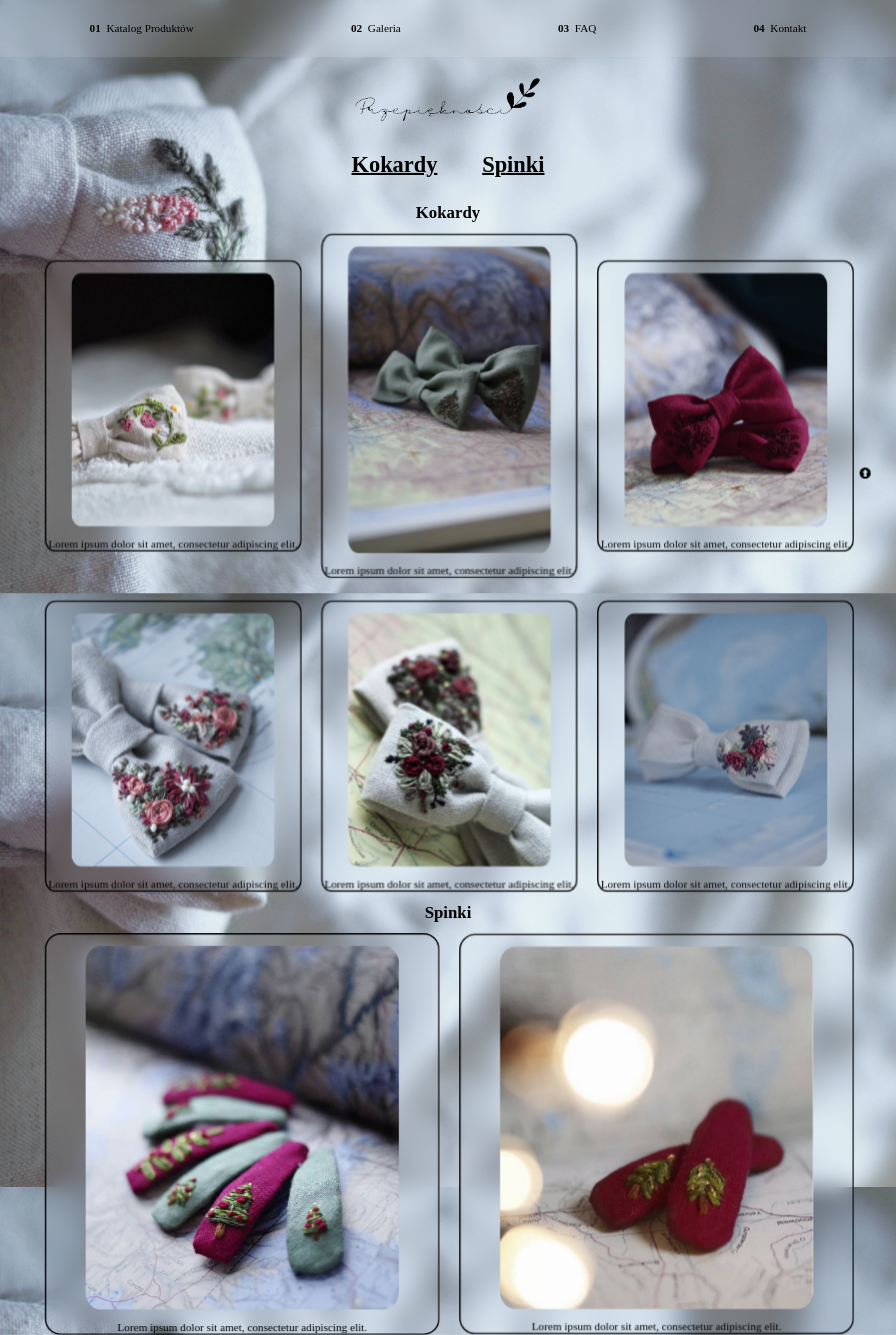
Repository: kowalkos/Rak_projekt
Page: /produkty
An editor plug-in stored every save of this project. The page is shown before and after the next save, followed by the edit.
The browser window is 1280 px wide. The pictures show the whole page, at 70% of full size.
Backgrounds fixed to the window are drawn as part of the page. The project was rebuilt for these pictures with package versions that can differ from the ones it lists, and the page was loaded fresh each time. Also part of the build but not shown: src/components/galeria/Galeria.js, src/components/main/Main.js, src/components/FAQ/Faq.js, src/components/about/About.js.

Above is the page before, as saved 2022-01-16 18:40:59.

### src/index.css
body {
  margin: 0;
  background-image: url('/src/img/tlo.jpg');
  background-attachment: fixed;
  background-repeat: no-repeat;
  background-size: cover;
  overflow-x: hidden;
  color: black;

  min-width: 325px;
}

### src/App.js
import Produkt from './components/produkty/produkt';
import Galeria from './components/galeria/Galeria';
import Main from './components/main/Main';
import Faq from './components/FAQ/Faq';
import About from './components/about/About';
import Footer from './components/footer/footer';
import './App.css';
import NavBar from './components/navbar/NavBar';
import {BrowserRouter as Router, Route, Routes} from 'react-router-dom';
function App() {

  return (
    <Router>
    <div className="App">
     <NavBar/>
     <Routes>
     <Route path="/" element={<Main/>}/>
     <Route path="/Faq"element={<Faq/>}/>
     <Route path="/produkty" element={<Produkt/>}/>
     <Route path="/galeria"element={<Galeria/>}/>
     <Route path="/about"element={<About/>}/>
     </Routes>
     <Footer/>
    </div>
    </Router>
  );
}

export default App;

### src/components/produkty/produkt.js
import './Produkt.css';
import kokarda1 from '../../img/kokarda1.jpg';
import kokarda2 from '../../img/kokarda2.jpg';
import kokarda3 from '../../img/kokarda3.jpg';
import kokarda4 from '../../img/kokarda4.jpg';
import kokarda5 from '../../img/kokarda5.jpg';
import kokarda6 from '../../img/kokarda6.jpg';
import spinka1 from '../../img/spinka1.png';
import spinka2 from '../../img/spinka2.png';
function Produkt(props) {


    return <div className='wrapper'>
        <div className='references'>
            <a href='#kokardy'>
                <h1 >Kokardy</h1>
            </a>
            <a href='#spinki'>
                <h1 >Spinki</h1>
            </a>
        </div>

        <section id='kokardy'>

            <h2>Kokardy</h2>
            <div className='container'>

                <div className='items'>
                    <img src={kokarda1} />
                    Lorem ipsum dolor sit amet, consectetur adipiscing elit.
                </div>
                <div className='items'>
                    <img src={kokarda2} />
                    Lorem ipsum dolor sit amet, consectetur adipiscing elit.
                </div>
                <div className='items'>
                    <img src={kokarda3} />
                    Lorem ipsum dolor sit amet, consectetur adipiscing elit.
                </div>
                <div className='items'>
                    <img src={kokarda4} />
                    Lorem ipsum dolor sit amet, consectetur adipiscing elit.
                </div>
                <div className='items'>
                    <img src={kokarda5} />
                    Lorem ipsum dolor sit amet, consectetur adipiscing elit.
                </div>
                <div className='items'>
                    <img src={kokarda6} />
                    Lorem ipsum dolor sit amet, consectetur adipiscing elit.
                </div>
            </div>
        </section>

        <section id='spinki'>
            <h2>Spinki</h2>
            <div className='container2'>

                <div className='items'>
                    <img src={spinka1} />
                    Lorem ipsum dolor sit amet, consectetur adipiscing elit.
                </div>
                <div className='items'>
                    <img src={spinka2} />
                    Lorem ipsum dolor sit amet, consectetur adipiscing elit.
                </div>
            </div>
        </section>
    </div>;

}

export default Produkt;

### src/components/footer/footer.js
import './footer.css';
function Footer(props)
{
    return <div >

            <a href='#top'>
                <button className='upArrow'></button>
            </a>


    </div>;
}
export default Footer;

### src/App.css
.App {
  text-align: center;
  /* background-image: url('/src/img/kosmos.jpg'); */

}

### src/components/navbar/NavBar.js

import { Link } from 'react-router-dom';
import logo from '../../img/logoso.png';
import './NavBar.css';
function NavBar(props) {


    function toggle() {
        const primaryNav = document.querySelector('.primary-navigation');
        const navToggle = document.querySelector('.mobile-nav-toggle');
        console.log(primaryNav);
        console.log(navToggle);

        const visibility = primaryNav.getAttribute('data-visible');
        if (visibility === "false") {
            primaryNav.setAttribute('data-visible', true);
            navToggle.setAttribute('aria-expanded', true);
        }
        else if (visibility === "true") {
            primaryNav.setAttribute('data-visible', false);
            navToggle.setAttribute('aria-expanded', false);
        }
        console.log(visibility);
    }
    return <header className='primary-header'>
        <button className='mobile-nav-toggle'
            aria-controls='primary-navigation'
            onClick={toggle} >
            <span className='sr-only'></span>
        </button>

        <nav>
            <ul id='primary-navigation' aria-expanded="false" data-visible="false" className='primary-navigation flex'>
                {/* <li>
                    <Link to='/' >
                        <span aria-hidden="true">00</span>
                        Strona główna
                    </Link>
                </li> */}
                <li>
                    <Link to='/produkty' >
                        <span aria-hidden="true">01</span>
                        Katalog Produktów
                    </Link>
                </li>
                <li>
                    <Link to='/galeria' >
                        <span aria-hidden="true">02</span>
                        Galeria
                    </Link>
                </li>
                <li>
                    <Link to='/Faq' >
                        <span aria-hidden="true">03</span>
                        FAQ
                    </Link>
                </li>
                <li>
                    <Link to='/about' >
                        <span aria-hidden="true">04</span>
                        Kontakt
                    </Link>
                </li>
            </ul>
        </nav>
        <div className='logo'>
        <Link to='/' >
            <img  src={logo} alt='Logo'></img>
            </Link>
        </div>

    </header>;

    // return <div className='main-nav-bar' >
    //     <div className='nav-bar__roll-down' onhover={onHoverHandle} >
    //         Katalog Produktów
    //         <div id='nav-bar__inside'>
    //             Kokardy
    //         </div>
    //         <div id='nav-bar__inside'>
    //             Kokardy
    //         </div>
    //         <div id='nav-bar__inside'>
    //             Kokardy
    //         </div>
    //         <div id='nav-bar__inside'>
    //             Kokardy
    //         </div>height:"20px";width
    //     </div >
    //     <div className='nav-bar'>
    //         O mnie
    //     </div>
    //     <div className='nav-bar'>
    //         FAQ
    //     </div>
    //     <div className='nav-bar'>
    //         Kontakt
    //     </div>

    // </div>;
}

export default NavBar;

### src/components/produkty/Produkt.css
.references
{
    width: 100%;
    text-align: center;
}
.references a {
    color: black;
    display: inline-block;
    padding: 0rem 1rem;
    margin:0 1rem;

}
h2{
    margin: 1rem auto;
    width: max(70%,300px);
}
@supports(backdrop-filter: blur(1rem)) {
    .items{
        backdrop-filter: blur(1rem);
        overflow: hidden;
        border: 2px solid black;
        border-collapse:initial;
        border-radius: 4%;



    }
}
.items
{
    margin:  auto;

    width: max(100%);

}
.items >img{
    max-width: 80%;
    display: block;
    margin: 1rem auto;
    border-radius: 5%;
}
.wrapper{
    width: 100%;
}
.container2
{
    width: 90%;
   margin: 0 auto;
    display: grid;
    grid-template-columns: repeat(2,1fr);
    gap:2rem 2rem;
}
.container
{
    width: 90%;
   margin: 0 auto;
    display: grid;
    grid-template-columns: repeat(3,1fr);
    gap:2rem 2rem;
}
.col-span
{
    grid-column: span 2;
}

### src/components/footer/footer.css
.footer
{
    width: 80%;
    margin: 0 auto;
}
.upArrow
{
    display: block;
    position: fixed;
    width: 2.25rem;
    aspect-ratio: 1;
    right: 1rem;
    bottom: 1rem;
    z-index: 10000;
    background-color: transparent;
    background-image: url(/src/img/arrow_up.svg);
    background-repeat: no-repeat;
    border: 0px;
    transition: all 0.5s ease-in-out;

}

### src/components/navbar/NavBar.css
.flex {
    display: flex;
    gap: var(--gap, 1rem);
}

.primary-header {
    align-items: center;
    justify-content: space-between;

}
.logo{
    margin:0rem;
}
.mobile-nav-toggle {
    display: none;
}

.primary-navigation {
    list-style: none;
    margin: 0 0rem;
    background: hsl(0 0% 0% /0.75);
}


.primary-navigation a {
    text-decoration: none;
    color: black;
}

.primary-navigation a>[aria-hidden="true"] {
    font-weight: 700;
    margin-inline-end: .5rem;
}

@supports(backdrop-filter: blur(1rem)) {
    .primary-navigation {
        background: hsl(0 0% 100% /0.1);
        backdrop-filter: blur(1rem);
    }
}

@media (max-width:35em) {
    .primary-navigation {
        position: fixed;
        inset: 0 0 0 50%;
        --gap: 1rem;
        z-index: 1000;
        flex-direction: column;
        padding: min(30vh, 5rem) 1rem;

        transform: translateX(100%);
        transition: transform 350ms ease-out;
    }

    .primary-navigation[data-visible="true"] {
        transform: translateX(0%);
    }

    .mobile-nav-toggle {
        display: block;
        position: fixed;
        width: 2.25rem;
        aspect-ratio: 1;
        top: 2rem;
        right: 1rem;
        z-index: 9999;
        background-color: transparent;
        background-image: url(/src/img/Hamburger_icon.svg);
        background-repeat: no-repeat;
        border: 0px;
    }

    .mobile-nav-toggle[aria-expanded="true"] {
        background-image: url(/src/img/x-symbol.svg);
        background-size: 32px;
    }

    .sr-only {
        display: none;
    }
}

@media (min-width:35em) and (max-width:55em) {
    .primary-navigation a>span[aria-hidden="true"] {
        display: none;
    }
}
@media (min-width:35em)
{

.primary-navigation{
    --gap:2rem;
    justify-content: space-between;
    padding-block: 2rem;
    padding-inline:clamp(3rem,10vw,10rem);
}
}

Loaded but not shown: public/index.html (common file); src/index.js (common file)

After the next save:
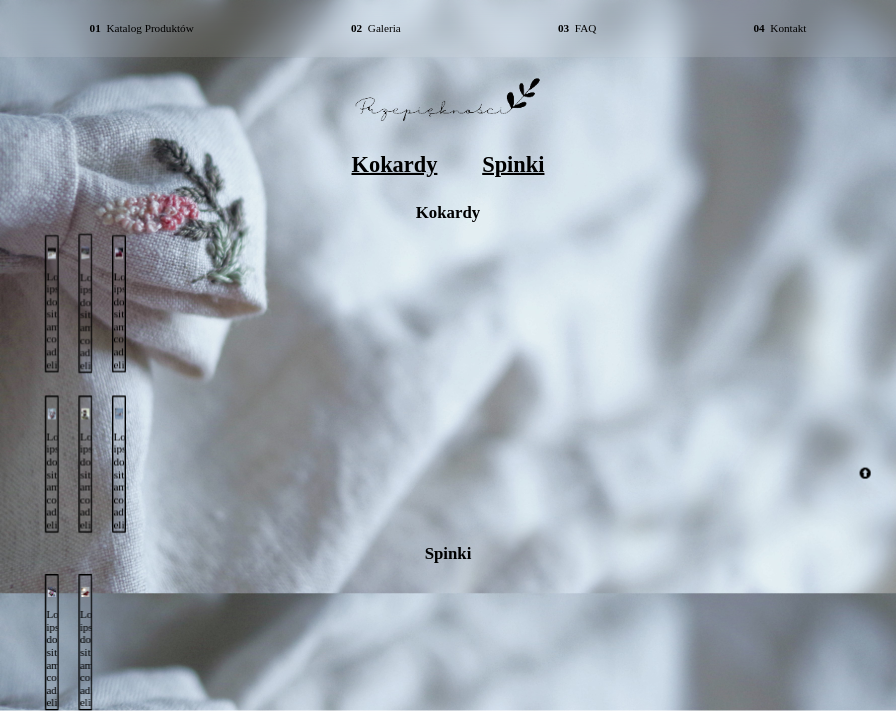
Saved 6 min 39 s later.
--- a/src/components/produkty/Produkt.css
+++ b/src/components/produkty/Produkt.css
@@ -29,7 +29,6 @@
 .items
 {
     margin:  auto;
-
     width: max(100%);
 
 }
@@ -47,7 +46,7 @@
     width: 90%;
    margin: 0 auto;
     display: grid;
-    grid-template-columns: repeat(2,1fr);
+    grid-template-columns: repeat(2,1rem);
     gap:2rem 2rem;
 }
 .container
@@ -55,7 +54,7 @@
     width: 90%;
    margin: 0 auto;
     display: grid;
-    grid-template-columns: repeat(3,1fr);
+    grid-template-columns: repeat(3,1rem);
     gap:2rem 2rem;
 }
 .col-span

After the save that followed:
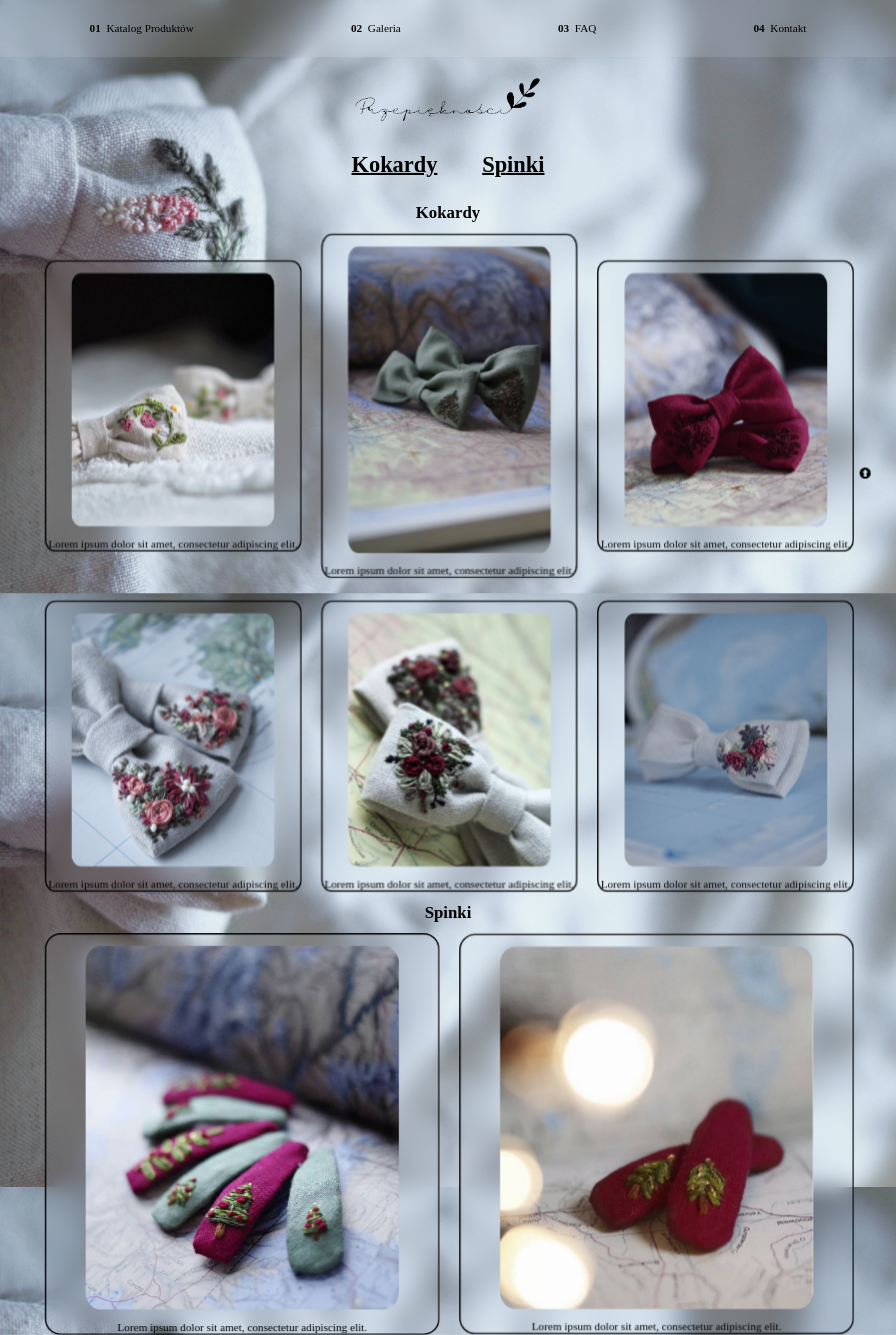
Saved 19 s later.
--- a/src/components/produkty/Produkt.css
+++ b/src/components/produkty/Produkt.css
@@ -46,7 +46,7 @@
     width: 90%;
    margin: 0 auto;
     display: grid;
-    grid-template-columns: repeat(2,1rem);
+    grid-template-columns: repeat(2,0.5fr);
     gap:2rem 2rem;
 }
 .container
@@ -54,7 +54,7 @@
     width: 90%;
    margin: 0 auto;
     display: grid;
-    grid-template-columns: repeat(3,1rem);
+    grid-template-columns: repeat(3,0.5fr);
     gap:2rem 2rem;
 }
 .col-span
